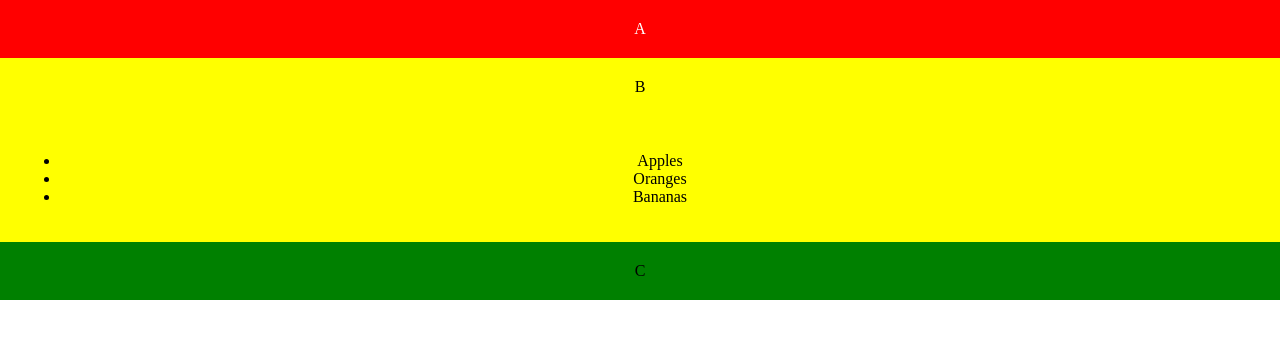
Repository: zdsherlock/Test-for-js
Page: index.html
These files come from the project's save history. The page is drawn as it stood at one moment and after the next save; the edit follows.
The browser window is 1280 px wide. The pictures show the whole page.

Above is the page before, as saved 2021-03-28 15:28:41.

### index.html
<!DOCTYPE html>
<html lang = "en">
    <head>
        <meta charset="UTF-8">
        <meta name="viewport" content="width=device-width, initial-scale=1.0">
        <title>2021练习页面</title>
        <link rel="stylesheet" href="css/style.css">
    </head>
    <body>
        <header>A</header>
        <section>B</section>
        <section>
            <ul>
                <li>Apples</li>
                <li>Oranges</li>
                <li>Bananas</li>
            </ul>
        </section>
        <footer>C</footer>

        <script src="scripts/main.js"></script>
    </body>
</html>

### css/style.css
body    {
    margin:  0;
    padding:  0;
}

header  {
    background-color:  red;
    color:  white;
    padding:  20px;
    text-align:  center;
}

section {
    background-color: yellow;
    padding:  20px;
    text-align:  center;
}

footer  {
    background-color: green;
    padding:  20px;
    text-align:  center;
}

Loaded but not shown: scripts/main.js (no stored copy; drawn as an empty file)

After the next save:
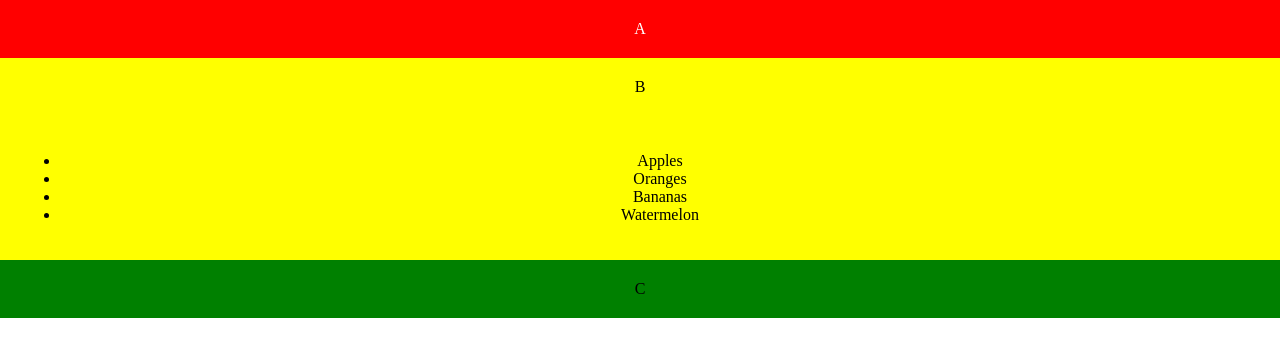
Saved 5 s later.
--- a/index.html
+++ b/index.html
@@ -14,6 +14,7 @@
                 <li>Apples</li>
                 <li>Oranges</li>
                 <li>Bananas</li>
+                <li>Watermelon</li>
             </ul>
         </section>
         <footer>C</footer>
